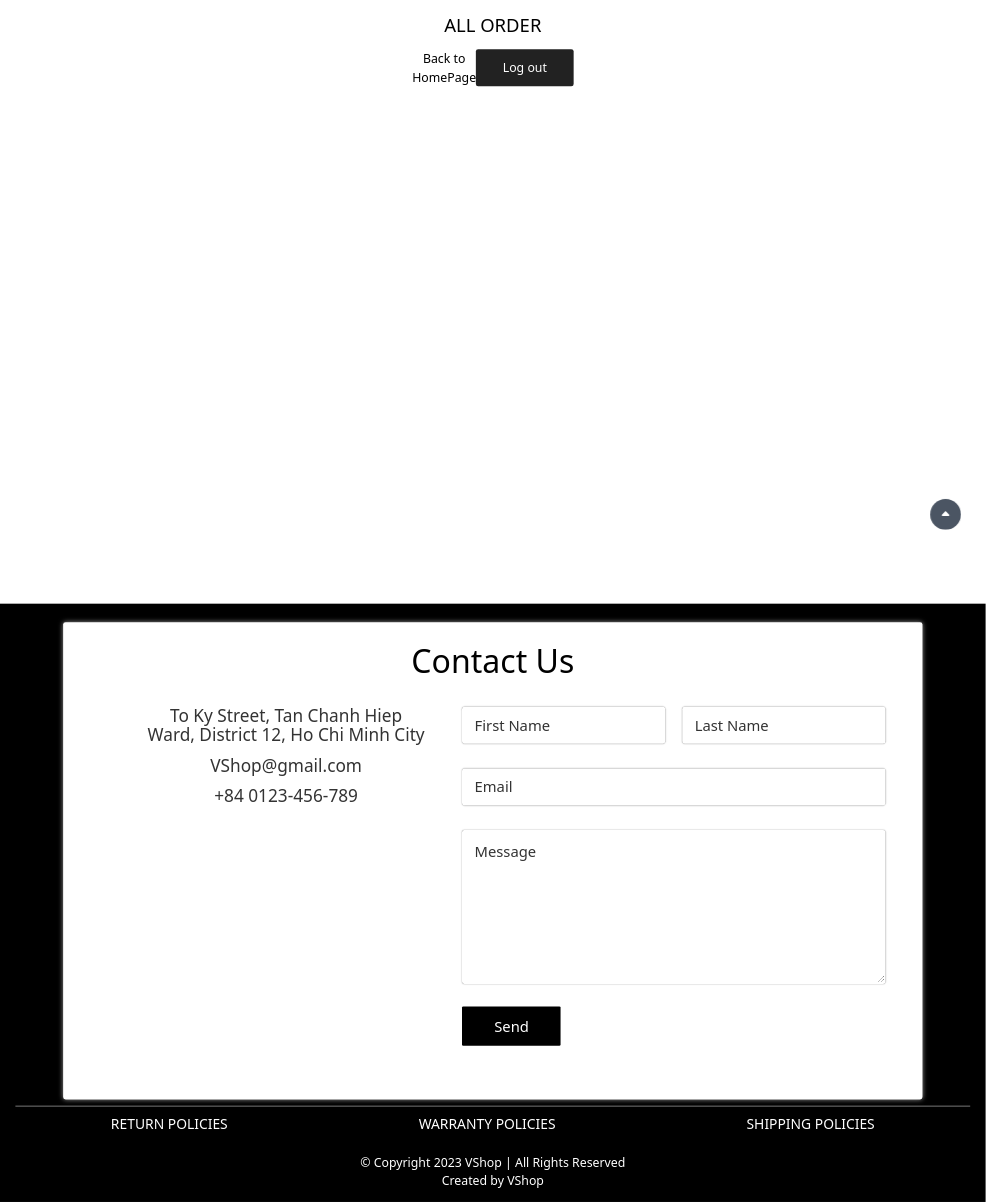
Repository: Kith933UTH/VSHOP
Page: /user
An editor plug-in stored every save of this project. The page is shown before and after the next save, followed by the edit.
The browser window is 1280 px wide. The pictures show the whole page, at 77% of full size.
Pictures or frames that could not be fetched are drawn as grey boxes. The project was rebuilt for these pictures with package versions that can differ from the ones it lists, and the page was loaded fresh each time. Also part of the build but not shown: src/components/product-item/ProductItem.js, src/components/loader/Loader.js, src/constants/constants.js, src/components/product-filters/Category.js, src/components/product-filters/Price.js, src/components/product-filters/Rating.js, src/components/product-filters/ProductFilters.js, src/components/cart-shopping/CartEmpty.js and 24 more.

Above is the page before, as saved 2023-08-05 23:01:05.

After the next save:
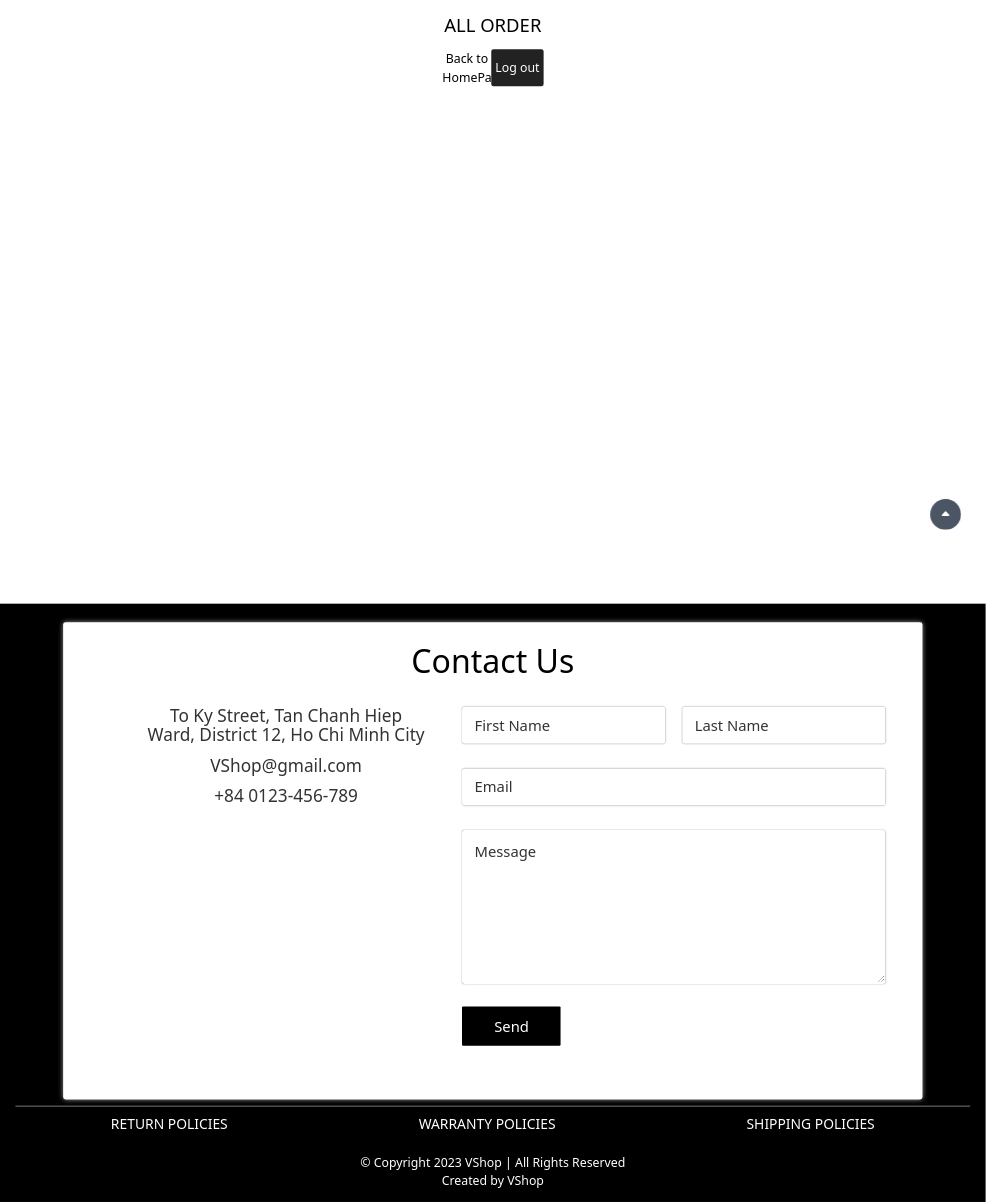
Saved 69 s later.
--- a/src/components/user/User.js
+++ b/src/components/user/User.js
@@ -38,7 +38,7 @@ export function User() {
             </div>
             )}
             <div className="flex ">
-                <button  onClick={handleBack}>Back to HomePage</button>
+                <button  className="w-16" onClick={handleBack}>Back to HomePage</button>
                 <button id="sub_btn" onClick={handleLogOut}>Log out</button>
             </div>
         </div>
